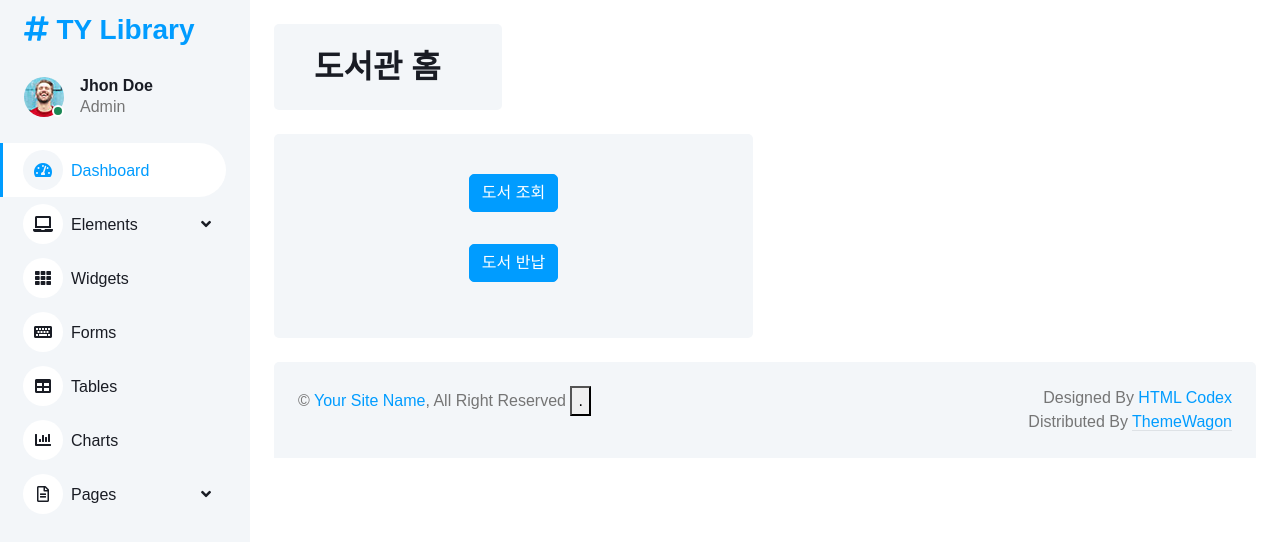
Repository: maryong2/myfirstgitproject
Page: http://localhost/library/WEB-INF/views/admin/librarian-home.jsp
An editor plug-in stored every save of this project. The page is shown before and after the next save, followed by the edit.
The browser window is 1280 px wide. The pictures show the whole page.
Some web fonts or font styles are not loaded; a fallback is used. Some web libraries are served in a nearby version. The page is served by Tomcat 9. Nobody is signed in. The template is opened directly, without the code that normally fills it, so the values that code supplies are empty.

Above is the page before, as saved 2023-11-26 08:54:19.
Console error: TypeError: Cannot read properties of undefined (reading 'getContext')

After the next save:
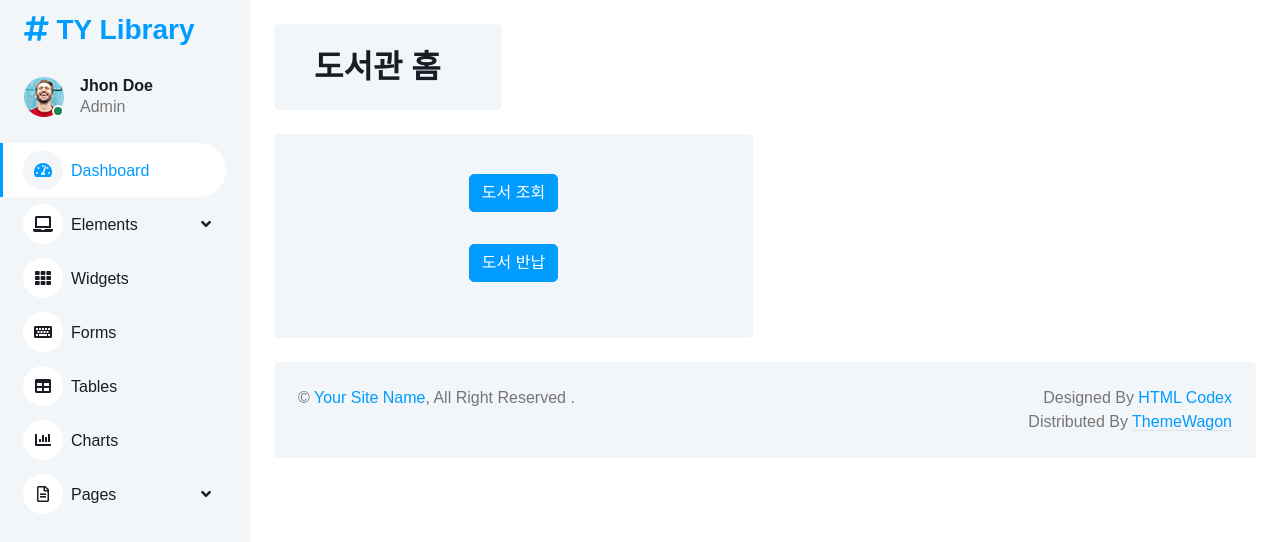
Saved 35 s later.
--- a/library/src/main/webapp/WEB-INF/views/admin/librarian-home.jsp
+++ b/library/src/main/webapp/WEB-INF/views/admin/librarian-home.jsp
@@ -190,7 +190,7 @@
 						<div class="col-12 col-sm-6 text-center text-sm-start">
 							&copy; <a href="#">Your Site Name</a>, All Right
 							Reserved
-							<button id="out">.</button>
+							<span id="out">.</span>
 						</div>
 						<div class="col-12 col-sm-6 text-center text-sm-end">
 							<!--/*** This template is free as long as you keep the footer author’s credit link/attribution link/backlink. If you'd like to use the template without the footer author’s credit link/attribution link/backlink, you can purchase the Credit Removal License from "https://htmlcodex.com/credit-removal". Thank you for your support. ***/-->
